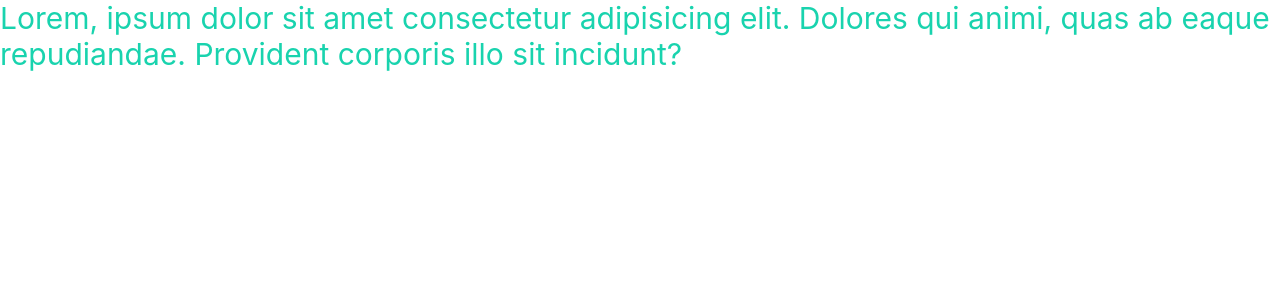
Repository: Devloper-solaiman/Air-Doctors-Support
Page: /
These files come from the project's save history. The page is drawn as it stood at one moment and after the next save; the edit follows.
The browser window is 1280 px wide. The pictures show the whole page.
The project was rebuilt for these pictures with package versions that can differ from the ones it lists, and the page was loaded fresh each time. Also part of the build but not shown: src/App.css.

Above is the page before, as saved 2023-02-19 11:51:32.

### public/index.html
<!DOCTYPE html>
<html lang="en">
  <head>
    <meta charset="utf-8" />
    <link rel="icon" href="%PUBLIC_URL%/favicon.ico" />
    <meta name="viewport" content="width=device-width, initial-scale=1" />
    <meta name="theme-color" content="#000000" />
    <meta
      name="description"
      content="Web site created using create-react-app"
    />
    <link rel="apple-touch-icon" href="%PUBLIC_URL%/logo192.png" />
    <!--
      manifest.json provides metadata used when your web app is installed on a
      user's mobile device or desktop. See https://developers.google.com/web/fundamentals/web-app-manifest/
    -->
    <link rel="manifest" href="%PUBLIC_URL%/manifest.json" />
    <!--
      Notice the use of %PUBLIC_URL% in the tags above.
      It will be replaced with the URL of the `public` folder during the build.
      Only files inside the `public` folder can be referenced from the HTML.

      Unlike "/favicon.ico" or "favicon.ico", "%PUBLIC_URL%/favicon.ico" will
      work correctly both with client-side routing and a non-root public URL.
      Learn how to configure a non-root public URL by running `npm run build`.
    -->
    <title>Air-Doctors-Support</title>
  </head>
  <body>
    <noscript>You need to enable JavaScript to run this app.</noscript>
    <div id="root"></div>
    <!--
      This HTML file is a template.
      If you open it directly in the browser, you will see an empty page.

      You can add webfonts, meta tags, or analytics to this file.
      The build step will place the bundled scripts into the <body> tag.

      To begin the development, run `npm start` or `yarn start`.
      To create a production bundle, use `npm run build` or `yarn build`.
    -->
  </body>
</html>

### src/App.js
import { Route, Routes } from 'react-router-dom';
import './App.css';
import Home from './Pages/Home/Home';

function App() {
  return (
    <section>
      <Routes>
        <Route path='/' element={<Home></Home>}></Route>
      </Routes>
    </section>
  );
}

export default App;

### src/Pages/Home/Home.js
import React from 'react';

const Home = () => {
    return (
        <section>
            <h5 className='text-secondary text-3xl'>Lorem, ipsum dolor sit amet consectetur adipisicing elit. Dolores qui animi, quas ab eaque repudiandae. Provident corporis illo sit incidunt?</h5>
        </section>
    );
};

export default Home;

### tailwind.config.js
/** @type {import('tailwindcss').Config} */
module.exports = {
  content: ["./src/**/*.{html,js}"],
  theme: {
    extend: {},
  },
  daisyui: {
    themes: [
      {
        doctortheme: {
          primary: "#0FCFEC",
          secondary: "#19D3AE",
          accent: "#3A4256",
          neutral: "#3d4451",
          "base-100": "#ffffff",
        },
      },
      "dark",
      "cupcake",
    ],
  },
  plugins: [require("daisyui")],
}

Loaded but not shown: src/index.js (common file); src/index.css (common file); src/reportWebVitals.js (common file)

After the next save:
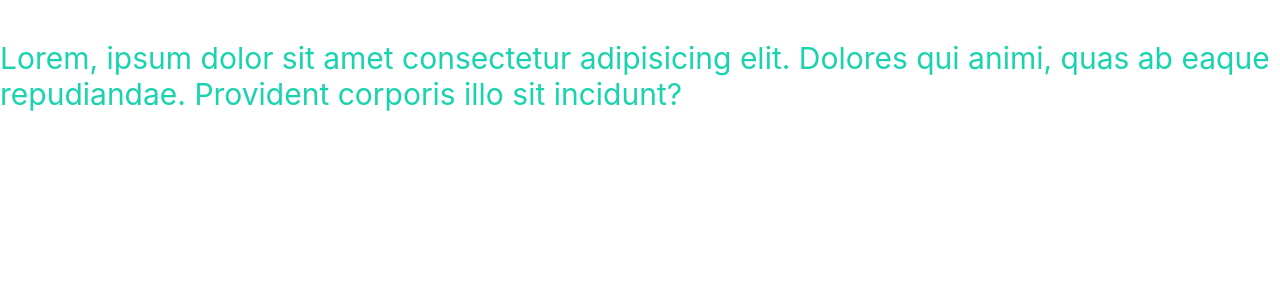
Saved 56 s later.
--- a/src/Pages/Home/Home.js
+++ b/src/Pages/Home/Home.js
@@ -3,7 +3,7 @@ import React from 'react';
 const Home = () => {
     return (
         <section>
-            <h5 className='text-secondary text-3xl'>Lorem, ipsum dolor sit amet consectetur adipisicing elit. Dolores qui animi, quas ab eaque repudiandae. Provident corporis illo sit incidunt?</h5>
+            <h5 className='text-secondary text-3xl mt-10 '>Lorem, ipsum dolor sit amet consectetur adipisicing elit. Dolores qui animi, quas ab eaque repudiandae. Provident corporis illo sit incidunt?</h5>
         </section>
     );
 };
